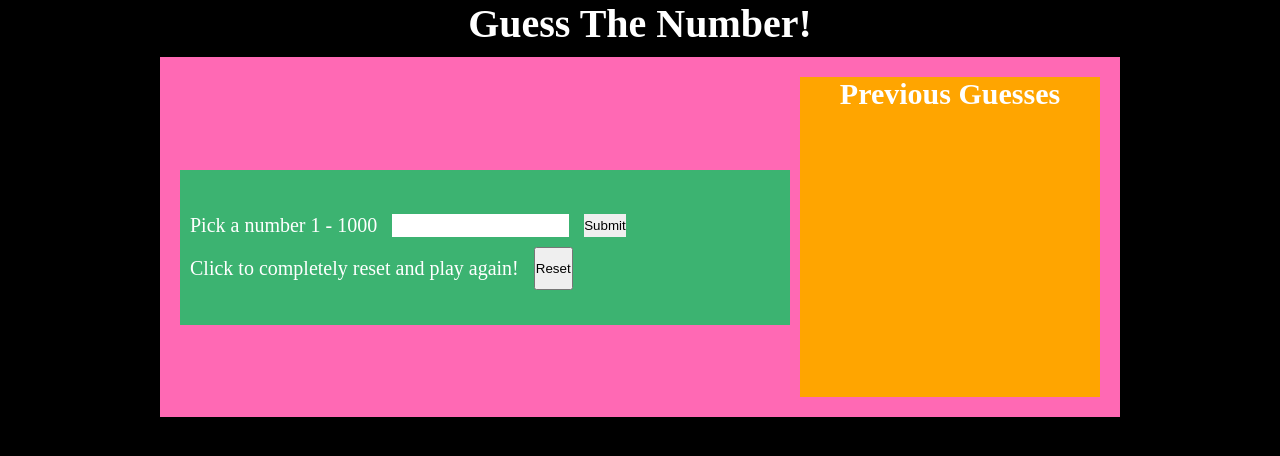
Repository: mlmEFSC21/P14-Guessing-Game
Page: guess.html
An editor plug-in stored every save of this project. The page is shown before and after the next save, followed by the edit.
The browser window is 1280 px wide. The pictures show the whole page.

Above is the page before, as saved 2022-03-19 13:47:15.

### guess.html
<!DOCTYPE html>
<html lang="en">
    <head>
        <meta charset="UTF-8" />
        <meta http-equiv="X-UA-Compatible" content="IE=edge" />
        <meta name="viewport" content="width=device-width, initial-scale=1.0" />
        <link rel="stylesheet" href="guess.css" />
        <script src="guess.js" defer></script>
        <title>Guessing Game</title>
    </head>
    <body>
        <header>
            <h1 class="pageTitle">Guess The Number!</h1>
        </header>
        <section>
            <div class="gameContainer" id="container">
                <div class="results" id="results">
                    <form action="#" class="inputForm">
                        <label for="guessInput">Pick a number 1 - 1000</label>
                        <input type="text" required name="guessInput" id="guessInput" />
                        <input type="button" id="submitBtn" value="Submit" />
                        <label for="resetBtn">Click to completely reset and play again!</label>
                        <button type="reset" id="resetBtn" name="Reset">Reset</button>
                    </form>
                </div>
                <div class="guessesContainer" id="guessesContainer">
                    <h2>Previous Guesses</h2>
                    <ul class="guesses" id="guessList"></ul>
                </div>
            </div>
        </section>
    </body>
</html>

### guess.css
*,
*::after,
*::before {
    box-sizing: border-box;
    margin: 0;
    padding: 0;
}
body {
    background-color: black;
    color: white;
    font-size: 1.25rem;
}
.pageTitle {
    text-align: center;
}
.gameContainer {
    background-color: hotpink;
    display: grid;
    max-width: 960px;
    height: 50vh;
    margin: 10px auto;
    padding: 20px;
    grid-template-columns: repeat(3, 1fr);
    grid-template-rows: repeat(4, 1fr);
    grid-auto-rows: minmax(200px, auto);
    gap: 10px;
    align-items: start;
    justify-content: center;
}
.results {
    background-color: mediumseagreen;
    display: flex;
    flex-direction: column-reverse;
    margin: 10px auto;
    padding: 10px;
    grid-column: 1/3;
    grid-row: 2 / 4;
    height: 100%;
    justify-content: center;
    align-items: center;
}
.inputForm {
    display: flex;
    flex-wrap: wrap;
}
label {
    margin-right: 15px;
    margin-block: 10px;
}
input {
    border: none;
    -webkit-appearance: none;
    -ms-appearance: none;
    -moz-appearance: none;
    appearance: none;
    margin-right: 15px;
    margin-block: 10px;
}
.submitBtn {
    width: 200px;
}
.guessesContainer {
    background-color: orange;
    display: flex;
    flex-direction: column;
    height: 100%;
    grid-row: 1 / 5;
    align-items: center;
}

### guess.js
let randomNumber = Math.floor(Math.random() * 1000 + 1);
let guesses = [];

const guessInput = document.getElementById("guessInput");
const resultsDiv = document.getElementById("results");
const submitButton = document.getElementById("submitBtn");
const resetButton = document.getElementById("resetBtn");
const p = document.createElement("p");
const ul = document.getElementById("guessList");
const li = document.createElement("li");
const guessesContainer = document.getElementById("guessesContainer");
const h3 = document.createElement("h3");

//checks to see if the guess is higher, lower, or equal to
function checkGuess() {
    const currentGuess = Number(guessInput.value);
    if (currentGuess == randomNumber) {
        guesses.push(currentGuess);
        p.innerText = "Congratulations! You guessed the number!";
        resultsDiv.append(p);
        countGuesses();
    }
    if (currentGuess < randomNumber) {
        guesses.push(currentGuess);
        p.innerText = "Too low. Try again!";
        resultsDiv.append(p);
        trackGuesses();
    }
    if (currentGuess > randomNumber) {
        guesses.push(currentGuess);
        p.innerText = "Too high. Try again!";
        resultsDiv.append(p);
        trackGuesses();
    }
}
//tracks previous guess in a <ul>. Removes <li> and populates from guesses[] each time.
function trackGuesses() {
    while (ul.hasChildNodes()) {
        ul.removeChild(ul.firstChild);
    }
    for (i = 0; i <= guesses.length - 1; i++) {
        let li = document.createElement("li");
        li.innerText = guesses[i];
        ul.appendChild(li);
    }
}

//counts how many guesses. Uses array length.
function countGuesses() {
    let numOfGuesses = guesses.length;
    h3.innerText = `It took you ${numOfGuesses} guesses!`;
    guessesContainer.append(h3);
}
// creates a new random number for replay
function newRNG() {
    randomNumber = Math.floor(Math.random() * 10 + 1);
}
//resets the game completely.
function resetGame() {
    p.innerText = "";
    resultsDiv.append(p);
    while (ul.hasChildNodes()) {
        ul.removeChild(ul.firstChild);
    }
    h3.remove();
    // guessesContainer.removeChild(h3);
    guesses = [];
    newRNG();
    console.log(randomNumber);
}

submitButton.addEventListener("click", checkGuess);
resetButton.addEventListener("click", resetGame);
//logging random number for debugging. DELETE LATER
console.log(randomNumber);
console.log(guesses);

After the next save:
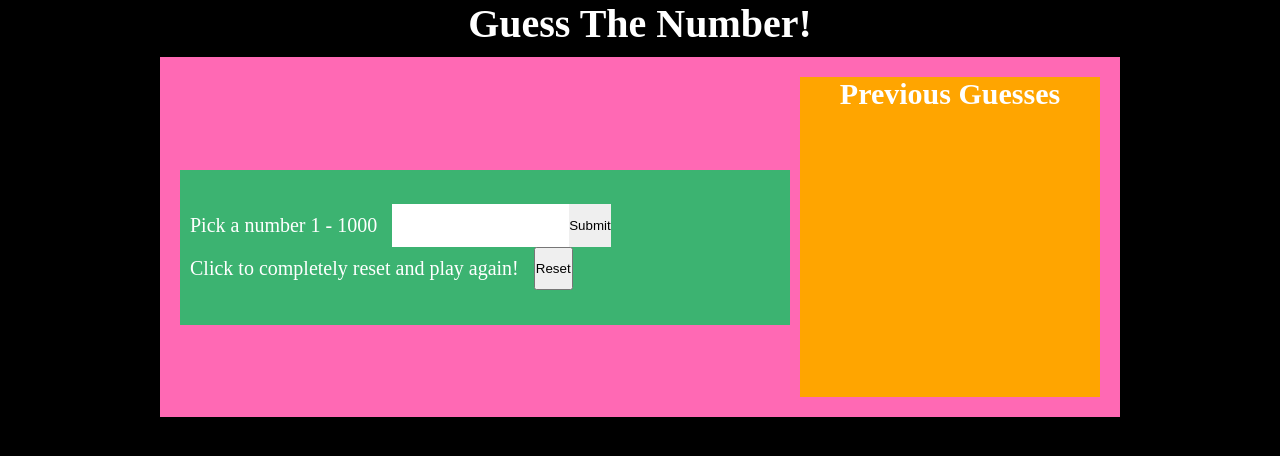
Saved 24 s later.
--- a/guess.css
+++ b/guess.css
@@ -53,8 +53,6 @@
     -ms-appearance: none;
     -moz-appearance: none;
     appearance: none;
-    margin-right: 15px;
-    margin-block: 10px;
 }
 .submitBtn {
     width: 200px;

After the save that followed:
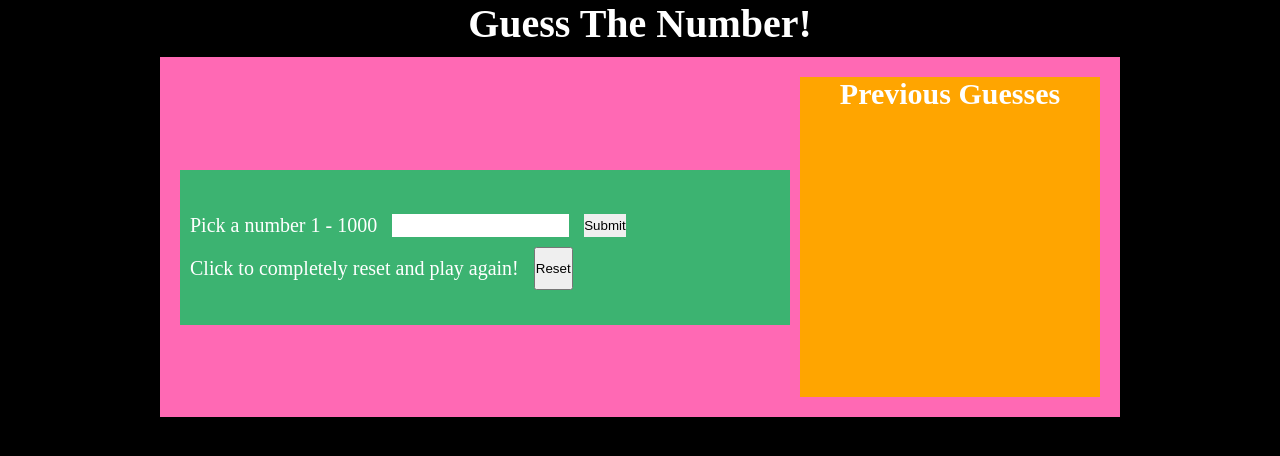
Saved 12 s later.
--- a/guess.css
+++ b/guess.css
@@ -53,6 +53,8 @@
     -ms-appearance: none;
     -moz-appearance: none;
     appearance: none;
+    margin-right: 15px;
+    margin-block: 10px;
 }
 .submitBtn {
     width: 200px;
